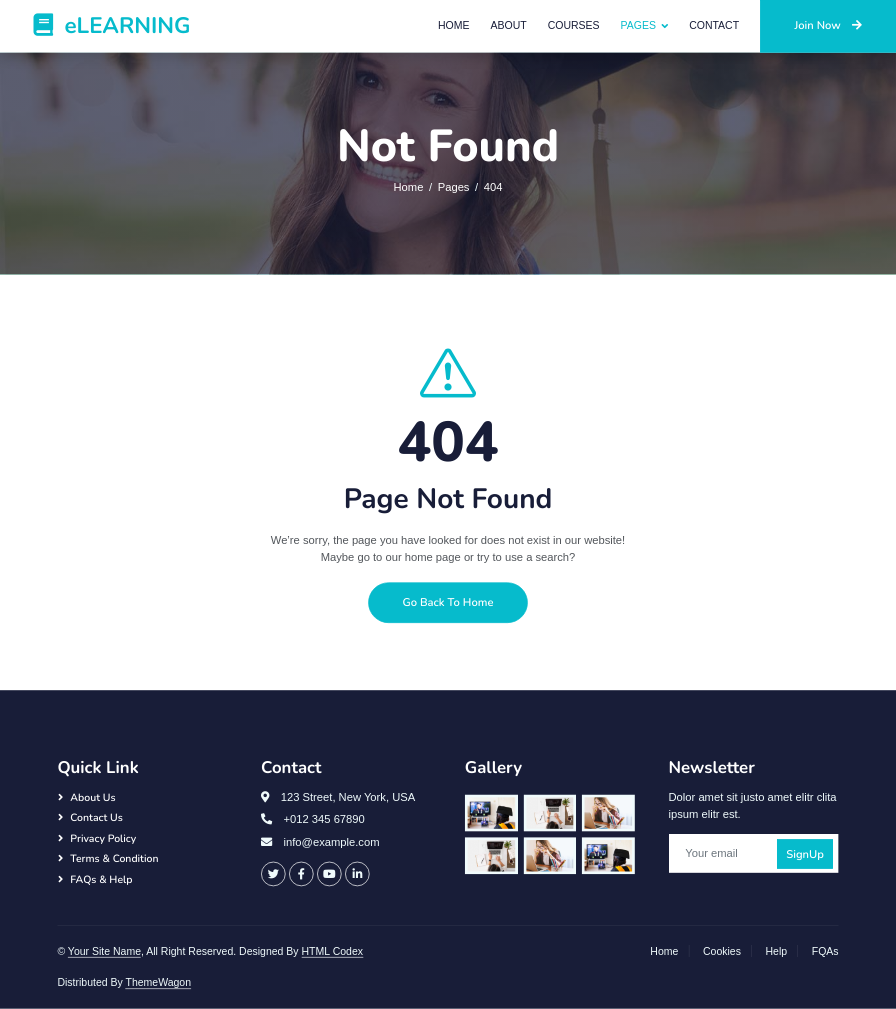
Repository: Arumugam2002/ARUMUGAM-TOPS-DAILY-TASKS
Page: http://localhost/404
These files come from the project's save history. The page is drawn as it stood at one moment and after the next save; the edit follows.
The browser window is 1280 px wide. The pictures show the part of the page from y = 0 to 1920 px (the page is 1441 px tall before and 3460 px after), at 70% of full size.
Some web fonts or font styles are not loaded; a fallback is used. Some web libraries are served in a nearby version. The page is this project's Thymeleaf template; nobody is signed in. The template is opened directly, without the code that normally fills it, so the values that code supplies are empty.

Above is the page before, as saved 2024-07-16 06:12:29.

### Java SpringBoot/Spring_Eclipse/SpringwithTemplate/src/main/resources/templates/404.html
<!DOCTYPE html>
<html lang="en">

<head>
    <meta charset="utf-8">
    <title>eLEARNING - eLearning HTML Template</title>
    <meta content="width=device-width, initial-scale=1.0" name="viewport">
    <meta content="" name="keywords">
    <meta content="" name="description">

    <!-- Favicon -->
    <link href="img/favicon.ico" rel="icon">

    <!-- Google Web Fonts -->
    <link rel="preconnect" href="https://fonts.googleapis.com">
    <link rel="preconnect" href="https://fonts.gstatic.com" crossorigin>
    <link href="https://fonts.googleapis.com/css2?family=Heebo:wght@400;500;600&family=Nunito:wght@600;700;800&display=swap" rel="stylesheet">

    <!-- Icon Font Stylesheet -->
    <link href="https://cdnjs.cloudflare.com/ajax/libs/font-awesome/5.10.0/css/all.min.css" rel="stylesheet">
    <link href="https://cdn.jsdelivr.net/npm/bootstrap-icons@1.4.1/font/bootstrap-icons.css" rel="stylesheet">

    <!-- Libraries Stylesheet -->
    <link href="assets/lib/animate/animate.min.css" rel="stylesheet">
    <link href="assets/lib/owlcarousel/assets/owl.carousel.min.css" rel="stylesheet">

    <!-- Customized Bootstrap Stylesheet -->
    <link href="assets/css/bootstrap.min.css" rel="stylesheet">

    <!-- Template Stylesheet -->
    <link href="assets/css/style.css" rel="stylesheet">
</head>

<body>
    <!-- Spinner Start -->
    <div id="spinner" class="show bg-white position-fixed translate-middle w-100 vh-100 top-50 start-50 d-flex align-items-center justify-content-center">
        <div class="spinner-border text-primary" style="width: 3rem; height: 3rem;" role="status">
            <span class="sr-only">Loading...</span>
        </div>
    </div>
    <!-- Spinner End -->


    <!-- Navbar Start -->
    <nav class="navbar navbar-expand-lg bg-white navbar-light shadow sticky-top p-0">
        <a href="index.html" class="navbar-brand d-flex align-items-center px-4 px-lg-5">
            <h2 class="m-0 text-primary"><i class="fa fa-book me-3"></i>eLEARNING</h2>
        </a>
        <button type="button" class="navbar-toggler me-4" data-bs-toggle="collapse" data-bs-target="#navbarCollapse">
            <span class="navbar-toggler-icon"></span>
        </button>
        <div class="collapse navbar-collapse" id="navbarCollapse">
            <div class="navbar-nav ms-auto p-4 p-lg-0">
                <a href="index.html" class="nav-item nav-link">Home</a>
                <a href="about.html" class="nav-item nav-link">About</a>
                <a href="courses.html" class="nav-item nav-link">Courses</a>
                <div class="nav-item dropdown">
                    <a href="#" class="nav-link dropdown-toggle active" data-bs-toggle="dropdown">Pages</a>
                    <div class="dropdown-menu fade-down m-0">
                        <a href="team.html" class="dropdown-item">Our Team</a>
                        <a href="testimonial.html" class="dropdown-item">Testimonial</a>
                        <a href="404.html" class="dropdown-item active">404 Page</a>
                    </div>
                </div>
                <a href="contact.html" class="nav-item nav-link">Contact</a>
            </div>
            <a href="" class="btn btn-primary py-4 px-lg-5 d-none d-lg-block">Join Now<i class="fa fa-arrow-right ms-3"></i></a>
        </div>
    </nav>
    <!-- Navbar End -->


    <!-- Header Start -->
    <div class="container-fluid bg-primary py-5 mb-5 page-header">
        <div class="container py-5">
            <div class="row justify-content-center">
                <div class="col-lg-10 text-center">
                    <h1 class="display-3 text-white animated slideInDown">Not Found</h1>
                    <nav aria-label="breadcrumb">
                        <ol class="breadcrumb justify-content-center">
                            <li class="breadcrumb-item"><a class="text-white" href="#">Home</a></li>
                            <li class="breadcrumb-item"><a class="text-white" href="#">Pages</a></li>
                            <li class="breadcrumb-item text-white active" aria-current="page">404</li>
                        </ol>
                    </nav>
                </div>
            </div>
        </div>
    </div>
    <!-- Header End -->


    <!-- 404 Start -->
    <div class="container-xxl py-5 wow fadeInUp" data-wow-delay="0.1s">
        <div class="container text-center">
            <div class="row justify-content-center">
                <div class="col-lg-6">
                    <i class="bi bi-exclamation-triangle display-1 text-primary"></i>
                    <h1 class="display-1">404</h1>
                    <h1 class="mb-4">Page Not Found</h1>
                    <p class="mb-4">We’re sorry, the page you have looked for does not exist in our website! Maybe go to our home page or try to use a search?</p>
                    <a class="btn btn-primary rounded-pill py-3 px-5" href="">Go Back To Home</a>
                </div>
            </div>
        </div>
    </div>
    <!-- 404 End -->


    <!-- Footer Start -->
    <div class="container-fluid bg-dark text-light footer pt-5 mt-5 wow fadeIn" data-wow-delay="0.1s">
        <div class="container py-5">
            <div class="row g-5">
                <div class="col-lg-3 col-md-6">
                    <h4 class="text-white mb-3">Quick Link</h4>
                    <a class="btn btn-link" href="">About Us</a>
                    <a class="btn btn-link" href="">Contact Us</a>
                    <a class="btn btn-link" href="">Privacy Policy</a>
                    <a class="btn btn-link" href="">Terms & Condition</a>
                    <a class="btn btn-link" href="">FAQs & Help</a>
                </div>
                <div class="col-lg-3 col-md-6">
                    <h4 class="text-white mb-3">Contact</h4>
                    <p class="mb-2"><i class="fa fa-map-marker-alt me-3"></i>123 Street, New York, USA</p>
                    <p class="mb-2"><i class="fa fa-phone-alt me-3"></i>+012 345 67890</p>
                    <p class="mb-2"><i class="fa fa-envelope me-3"></i>info@example.com</p>
                    <div class="d-flex pt-2">
                        <a class="btn btn-outline-light btn-social" href=""><i class="fab fa-twitter"></i></a>
                        <a class="btn btn-outline-light btn-social" href=""><i class="fab fa-facebook-f"></i></a>
                        <a class="btn btn-outline-light btn-social" href=""><i class="fab fa-youtube"></i></a>
                        <a class="btn btn-outline-light btn-social" href=""><i class="fab fa-linkedin-in"></i></a>
                    </div>
                </div>
                <div class="col-lg-3 col-md-6">
                    <h4 class="text-white mb-3">Gallery</h4>
                    <div class="row g-2 pt-2">
                        <div class="col-4">
                            <img class="img-fluid bg-light p-1" src="img/course-1.jpg" alt="">
                        </div>
                        <div class="col-4">
                            <img class="img-fluid bg-light p-1" src="img/course-2.jpg" alt="">
                        </div>
                        <div class="col-4">
                            <img class="img-fluid bg-light p-1" src="img/course-3.jpg" alt="">
                        </div>
                        <div class="col-4">
                            <img class="img-fluid bg-light p-1" src="img/course-2.jpg" alt="">
                        </div>
                        <div class="col-4">
                            <img class="img-fluid bg-light p-1" src="img/course-3.jpg" alt="">
                        </div>
                        <div class="col-4">
                            <img class="img-fluid bg-light p-1" src="img/course-1.jpg" alt="">
                        </div>
                    </div>
                </div>
                <div class="col-lg-3 col-md-6">
                    <h4 class="text-white mb-3">Newsletter</h4>
                    <p>Dolor amet sit justo amet elitr clita ipsum elitr est.</p>
                    <div class="position-relative mx-auto" style="max-width: 400px;">
                        <input class="form-control border-0 w-100 py-3 ps-4 pe-5" type="text" placeholder="Your email">
                        <button type="button" class="btn btn-primary py-2 position-absolute top-0 end-0 mt-2 me-2">SignUp</button>
                    </div>
                </div>
            </div>
        </div>
        <div class="container">
            <div class="copyright">
                <div class="row">
                    <div class="col-md-6 text-center text-md-start mb-3 mb-md-0">
                        &copy; <a class="border-bottom" href="#">Your Site Name</a>, All Right Reserved.

                        <!--/*** This template is free as long as you keep the footer author’s credit link/attribution link/backlink. If you'd like to use the template without the footer author’s credit link/attribution link/backlink, you can purchase the Credit Removal License from "https://htmlcodex.com/credit-removal". Thank you for your support. ***/-->
                        Designed By <a class="border-bottom" href="https://htmlcodex.com">HTML Codex</a><br><br>
                        Distributed By <a class="border-bottom" href="https://themewagon.com">ThemeWagon</a>
                    </div>
                    <div class="col-md-6 text-center text-md-end">
                        <div class="footer-menu">
                            <a href="">Home</a>
                            <a href="">Cookies</a>
                            <a href="">Help</a>
                            <a href="">FQAs</a>
                        </div>
                    </div>
                </div>
            </div>
        </div>
    </div>
    <!-- Footer End -->


    <!-- Back to Top -->
    <a href="#" class="btn btn-lg btn-primary btn-lg-square back-to-top"><i class="bi bi-arrow-up"></i></a>


    <!-- JavaScript Libraries -->
    <script src="https://code.jquery.com/jquery-3.4.1.min.js"></script>
    <script src="https://cdn.jsdelivr.net/npm/bootstrap@5.0.0/dist/js/bootstrap.bundle.min.js"></script>
    <script src="lib/wow/wow.min.js"></script>
    <script src="lib/easing/easing.min.js"></script>
    <script src="lib/waypoints/waypoints.min.js"></script>
    <script src="lib/owlcarousel/owl.carousel.min.js"></script>

    <!-- Template Javascript -->
    <script src="js/main.js"></script>
</body>

</html>

### Java SpringBoot/Spring_Eclipse/SpringwithTemplate/src/main/resources/static/assets/css/style.css
/********** Template CSS **********/
:root {
    --primary: #06BBCC;
    --light: #F0FBFC;
    --dark: #181d38;
}

.fw-medium {
    font-weight: 600 !important;
}

.fw-semi-bold {
    font-weight: 700 !important;
}

.back-to-top {
    position: fixed;
    display: none;
    right: 45px;
    bottom: 45px;
    z-index: 99;
}


/*** Spinner ***/
#spinner {
    opacity: 0;
    visibility: hidden;
    transition: opacity .5s ease-out, visibility 0s linear .5s;
    z-index: 99999;
}

#spinner.show {
    transition: opacity .5s ease-out, visibility 0s linear 0s;
    visibility: visible;
    opacity: 1;
}


/*** Button ***/
.btn {
    font-family: 'Nunito', sans-serif;
    font-weight: 600;
    transition: .5s;
}

.btn.btn-primary,
.btn.btn-secondary {
    color: #FFFFFF;
}

.btn-square {
    width: 38px;
    height: 38px;
}

.btn-sm-square {
    width: 32px;
    height: 32px;
}

.btn-lg-square {
    width: 48px;
    height: 48px;
}

.btn-square,
.btn-sm-square,
.btn-lg-square {
    padding: 0;
    display: flex;
    align-items: center;
    justify-content: center;
    font-weight: normal;
    border-radius: 0px;
}


/*** Navbar ***/
.navbar .dropdown-toggle::after {
    border: none;
    content: "\f107";
    font-family: "Font Awesome 5 Free";
    font-weight: 900;
    vertical-align: middle;
    margin-left: 8px;
}

.navbar-light .navbar-nav .nav-link {
    margin-right: 30px;
    padding: 25px 0;
    color: #FFFFFF;
    font-size: 15px;
    text-transform: uppercase;
    outline: none;
}

.navbar-light .navbar-nav .nav-link:hover,
.navbar-light .navbar-nav .nav-link.active {
    color: var(--primary);
}

@media (max-width: 991.98px) {
    .navbar-light .navbar-nav .nav-link  {
        margin-right: 0;
        padding: 10px 0;
    }

    .navbar-light .navbar-nav {
        border-top: 1px solid #EEEEEE;
    }
}

.navbar-light .navbar-brand,
.navbar-light a.btn {
    height: 75px;
}

.navbar-light .navbar-nav .nav-link {
    color: var(--dark);
    font-weight: 500;
}

.navbar-light.sticky-top {
    top: -100px;
    transition: .5s;
}

@media (min-width: 992px) {
    .navbar .nav-item .dropdown-menu {
        display: block;
        margin-top: 0;
        opacity: 0;
        visibility: hidden;
        transition: .5s;
    }

    .navbar .dropdown-menu.fade-down {
        top: 100%;
        transform: rotateX(-75deg);
        transform-origin: 0% 0%;
    }

    .navbar .nav-item:hover .dropdown-menu {
        top: 100%;
        transform: rotateX(0deg);
        visibility: visible;
        transition: .5s;
        opacity: 1;
    }
}


/*** Header carousel ***/
@media (max-width: 768px) {
    .header-carousel .owl-carousel-item {
        position: relative;
        min-height: 500px;
    }

    .header-carousel .owl-carousel-item img {
        position: absolute;
        width: 100%;
        height: 100%;
        object-fit: cover;
    }
}

.header-carousel .owl-nav {
    position: absolute;
    top: 50%;
    right: 8%;
    transform: translateY(-50%);
    display: flex;
    flex-direction: column;
}

.header-carousel .owl-nav .owl-prev,
.header-carousel .owl-nav .owl-next {
    margin: 7px 0;
    width: 45px;
    height: 45px;
    display: flex;
    align-items: center;
    justify-content: center;
    color: #FFFFFF;
    background: transparent;
    border: 1px solid #FFFFFF;
    font-size: 22px;
    transition: .5s;
}

.header-carousel .owl-nav .owl-prev:hover,
.header-carousel .owl-nav .owl-next:hover {
    background: var(--primary);
    border-color: var(--primary);
}

.page-header {
    background: linear-gradient(rgba(24, 29, 56, .7), rgba(24, 29, 56, .7)), url(../img/carousel-1.jpg);
    background-position: center center;
    background-repeat: no-repeat;
    background-size: cover;
}

.page-header-inner {
    background: rgba(15, 23, 43, .7);
}

.breadcrumb-item + .breadcrumb-item::before {
    color: var(--light);
}


/*** Section Title ***/
.section-title {
    position: relative;
    display: inline-block;
    text-transform: uppercase;
}

.section-title::before {
    position: absolute;
    content: "";
    width: calc(100% + 80px);
    height: 2px;
    top: 4px;
    left: -40px;
    background: var(--primary);
    z-index: -1;
}

.section-title::after {
    position: absolute;
    content: "";
    width: calc(100% + 120px);
    height: 2px;
    bottom: 5px;
    left: -60px;
    background: var(--primary);
    z-index: -1;
}

.section-title.text-start::before {
    width: calc(100% + 40px);
    left: 0;
}

.section-title.text-start::after {
    width: calc(100% + 60px);
    left: 0;
}


/*** Service ***/
.service-item {
    background: var(--light);
    transition: .5s;
}

.service-item:hover {
    margin-top: -10px;
    background: var(--primary);
}

.service-item * {
    transition: .5s;
}

.service-item:hover * {
    color: var(--light) !important;
}


/*** Categories & Courses ***/
.category img,
.course-item img {
    transition: .5s;
}

.category a:hover img,
.course-item:hover img {
    transform: scale(1.1);
}


/*** Team ***/
.team-item img {
    transition: .5s;
}

.team-item:hover img {
    transform: scale(1.1);
}


/*** Testimonial ***/
.testimonial-carousel::before {
    position: absolute;
    content: "";
    top: 0;
    left: 0;
    height: 100%;
    width: 0;
    background: linear-gradient(to right, rgba(255, 255, 255, 1) 0%, rgba(255, 255, 255, 0) 100%);
    z-index: 1;
}

.testimonial-carousel::after {
    position: absolute;
    content: "";
    top: 0;
    right: 0;
    height: 100%;
    width: 0;
    background: linear-gradient(to left, rgba(255, 255, 255, 1) 0%, rgba(255, 255, 255, 0) 100%);
    z-index: 1;
}

@media (min-width: 768px) {
    .testimonial-carousel::before,
    .testimonial-carousel::after {
        width: 200px;
    }
}

@media (min-width: 992px) {
    .testimonial-carousel::before,
    .testimonial-carousel::after {
        width: 300px;
    }
}

.testimonial-carousel .owl-item .testimonial-text,
.testimonial-carousel .owl-item.center .testimonial-text * {
    transition: .5s;
}

.testimonial-carousel .owl-item.center .testimonial-text {
    background: var(--primary) !important;
}

.testimonial-carousel .owl-item.center .testimonial-text * {
    color: #FFFFFF !important;
}

.testimonial-carousel .owl-dots {
    margin-top: 24px;
    display: flex;
    align-items: flex-end;
    justify-content: center;
}

.testimonial-carousel .owl-dot {
    position: relative;
    display: inline-block;
    margin: 0 5px;
    width: 15px;
    height: 15px;
    border: 1px solid #CCCCCC;
    transition: .5s;
}

.testimonial-carousel .owl-dot.active {
    background: var(--primary);
    border-color: var(--primary);
}


/*** Footer ***/
.footer .btn.btn-social {
    margin-right: 5px;
    width: 35px;
    height: 35px;
    display: flex;
    align-items: center;
    justify-content: center;
    color: var(--light);
    font-weight: normal;
    border: 1px solid #FFFFFF;
    border-radius: 35px;
    transition: .3s;
}

.footer .btn.btn-social:hover {
    color: var(--primary);
}

.footer .btn.btn-link {
    display: block;
    margin-bottom: 5px;
    padding: 0;
    text-align: left;
    color: #FFFFFF;
    font-size: 15px;
    font-weight: normal;
    text-transform: capitalize;
    transition: .3s;
}

.footer .btn.btn-link::before {
    position: relative;
    content: "\f105";
    font-family: "Font Awesome 5 Free";
    font-weight: 900;
    margin-right: 10px;
}

.footer .btn.btn-link:hover {
    letter-spacing: 1px;
    box-shadow: none;
}

.footer .copyright {
    padding: 25px 0;
    font-size: 15px;
    border-top: 1px solid rgba(256, 256, 256, .1);
}

.footer .copyright a {
    color: var(--light);
}

.footer .footer-menu a {
    margin-right: 15px;
    padding-right: 15px;
    border-right: 1px solid rgba(255, 255, 255, .1);
}

.footer .footer-menu a:last-child {
    margin-right: 0;
    padding-right: 0;
    border-right: none;
}

### Java SpringBoot/Spring_Eclipse/SpringwithTemplate/src/main/resources/static/assets/js/main.js
(function ($) {
    "use strict";

    // Spinner
    var spinner = function () {
        setTimeout(function () {
            if ($('#spinner').length > 0) {
                $('#spinner').removeClass('show');
            }
        }, 1);
    };
    spinner();


    // Initiate the wowjs
    new WOW().init();


    // Sticky Navbar
    $(window).scroll(function () {
        if ($(this).scrollTop() > 300) {
            $('.sticky-top').css('top', '0px');
        } else {
            $('.sticky-top').css('top', '-100px');
        }
    });


    // Dropdown on mouse hover
    const $dropdown = $(".dropdown");
    const $dropdownToggle = $(".dropdown-toggle");
    const $dropdownMenu = $(".dropdown-menu");
    const showClass = "show";

    $(window).on("load resize", function() {
        if (this.matchMedia("(min-width: 992px)").matches) {
            $dropdown.hover(
            function() {
                const $this = $(this);
                $this.addClass(showClass);
                $this.find($dropdownToggle).attr("aria-expanded", "true");
                $this.find($dropdownMenu).addClass(showClass);
            },
            function() {
                const $this = $(this);
                $this.removeClass(showClass);
                $this.find($dropdownToggle).attr("aria-expanded", "false");
                $this.find($dropdownMenu).removeClass(showClass);
            }
            );
        } else {
            $dropdown.off("mouseenter mouseleave");
        }
    });


    // Back to top button
    $(window).scroll(function () {
        if ($(this).scrollTop() > 300) {
            $('.back-to-top').fadeIn('slow');
        } else {
            $('.back-to-top').fadeOut('slow');
        }
    });
    $('.back-to-top').click(function () {
        $('html, body').animate({scrollTop: 0}, 1500, 'easeInOutExpo');
        return false;
    });


    // Header carousel
    $(".header-carousel").owlCarousel({
        autoplay: true,
        smartSpeed: 1500,
        items: 1,
        dots: false,
        loop: true,
        nav : true,
        navText : [
            '<i class="bi bi-chevron-left"></i>',
            '<i class="bi bi-chevron-right"></i>'
        ]
    });


    // Testimonials carousel
    $(".testimonial-carousel").owlCarousel({
        autoplay: true,
        smartSpeed: 1000,
        center: true,
        margin: 24,
        dots: true,
        loop: true,
        nav : false,
        responsive: {
            0:{
                items:1
            },
            768:{
                items:2
            },
            992:{
                items:3
            }
        }
    });

})(jQuery);

Loaded but not shown: Java SpringBoot/Spring_Eclipse/SpringwithTemplate/src/main/resources/static/assets/lib/animate/animate.min.css (library); Java SpringBoot/Spring_Eclipse/SpringwithTemplate/src/main/resources/static/assets/lib/owlcarousel/assets/owl.carousel.min.css (common file); Java SpringBoot/Spring_Eclipse/SpringwithTemplate/src/main/resources/static/assets/css/bootstrap.min.css (library); Java SpringBoot/Spring_Eclipse/SpringwithTemplate/src/main/resources/static/assets/lib/wow/wow.min.js (library); Java SpringBoot/Spring_Eclipse/SpringwithTemplate/src/main/resources/static/assets/lib/easing/easing.min.js (common file); Java SpringBoot/Spring_Eclipse/SpringwithTemplate/src/main/resources/static/assets/lib/waypoints/waypoints.min.js (library); Java SpringBoot/Spring_Eclipse/SpringwithTemplate/src/main/resources/static/assets/lib/owlcarousel/owl.carousel.min.js (library)

After the next save:
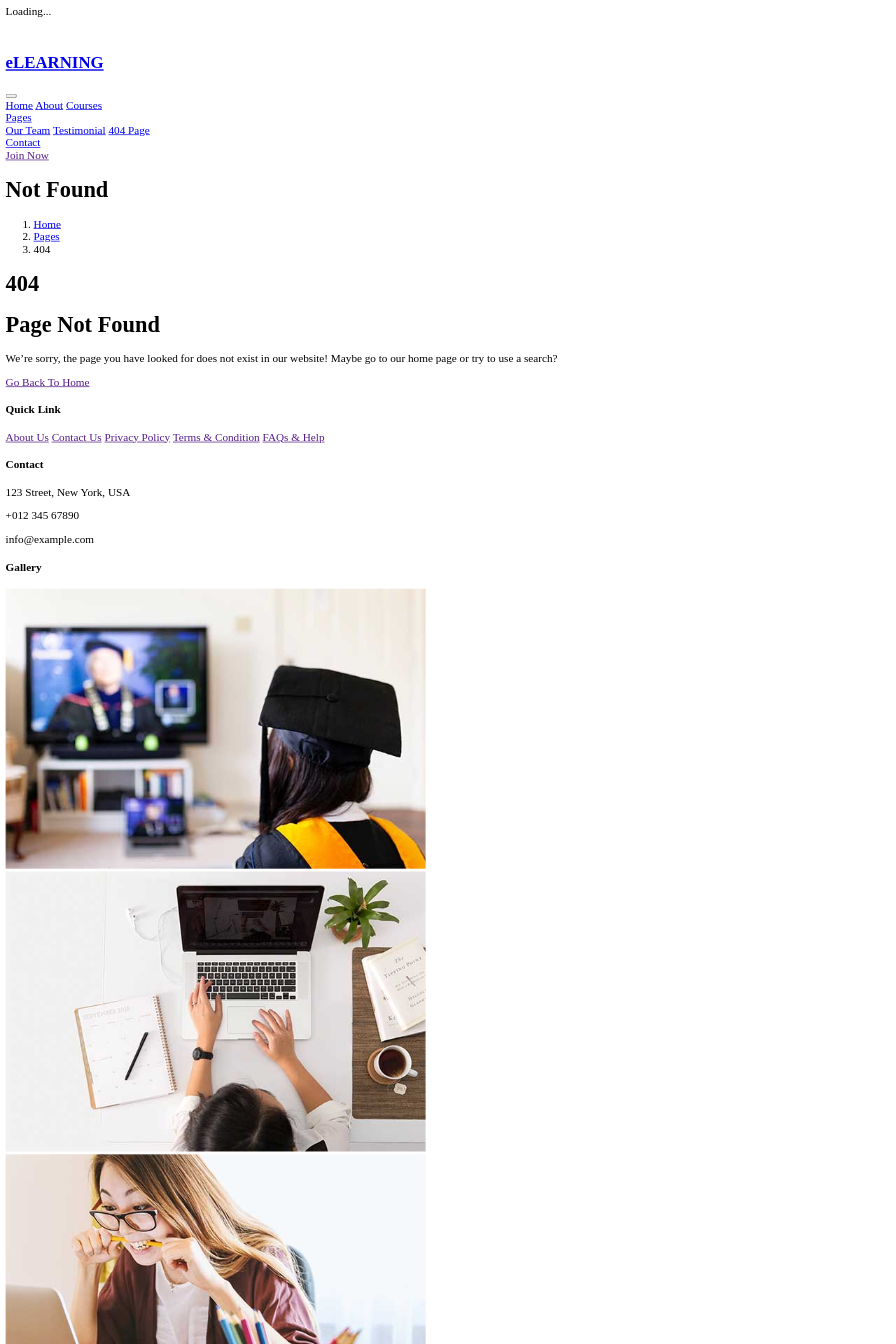
Saved 5 min 3 s later.
--- a/Java SpringBoot/Spring_Eclipse/SpringwithTemplate/src/main/resources/templates/404.html
+++ b/Java SpringBoot/Spring_Eclipse/SpringwithTemplate/src/main/resources/templates/404.html
@@ -1,35 +1,7 @@
 <!DOCTYPE html>
 <html lang="en">
 
-<head>
-    <meta charset="utf-8">
-    <title>eLEARNING - eLearning HTML Template</title>
-    <meta content="width=device-width, initial-scale=1.0" name="viewport">
-    <meta content="" name="keywords">
-    <meta content="" name="description">
 
-    <!-- Favicon -->
-    <link href="img/favicon.ico" rel="icon">
-
-    <!-- Google Web Fonts -->
-    <link rel="preconnect" href="https://fonts.googleapis.com">
-    <link rel="preconnect" href="https://fonts.gstatic.com" crossorigin>
-    <link href="https://fonts.googleapis.com/css2?family=Heebo:wght@400;500;600&family=Nunito:wght@600;700;800&display=swap" rel="stylesheet">
-
-    <!-- Icon Font Stylesheet -->
-    <link href="https://cdnjs.cloudflare.com/ajax/libs/font-awesome/5.10.0/css/all.min.css" rel="stylesheet">
-    <link href="https://cdn.jsdelivr.net/npm/bootstrap-icons@1.4.1/font/bootstrap-icons.css" rel="stylesheet">
-
-    <!-- Libraries Stylesheet -->
-    <link href="assets/lib/animate/animate.min.css" rel="stylesheet">
-    <link href="assets/lib/owlcarousel/assets/owl.carousel.min.css" rel="stylesheet">
-
-    <!-- Customized Bootstrap Stylesheet -->
-    <link href="assets/css/bootstrap.min.css" rel="stylesheet">
-
-    <!-- Template Stylesheet -->
-    <link href="assets/css/style.css" rel="stylesheet">
-</head>
 
 <body>
     <!-- Spinner Start -->
